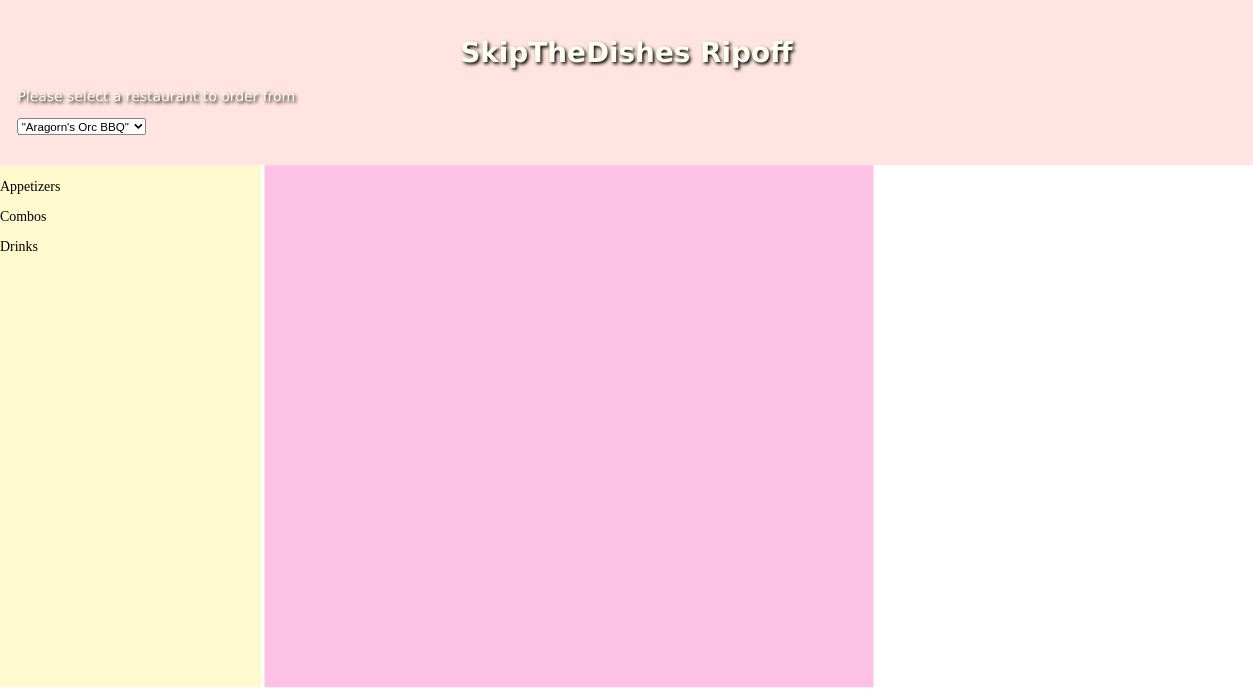
Repository: hudaali14/Carleton
Page: 2406/Assignments/Assignment1 (97)/order.html
The author's editor kept a copy of each file at every save. The page is drawn from the files as they stood at one save, then again after the next save.
The browser window is 1280 px wide. The page is 1440 px wide, so the pictures cover 1440 px, including what lies to the right of the window. The pictures show the whole page, at 87% of full size.
After loading, the first visible `#dropdown` was changed once.

Above is the page before, as saved 2020-01-25 19:20:39.
Console error: TypeError: Cannot read properties of undefined (reading 'Appetizers')

After the next save:
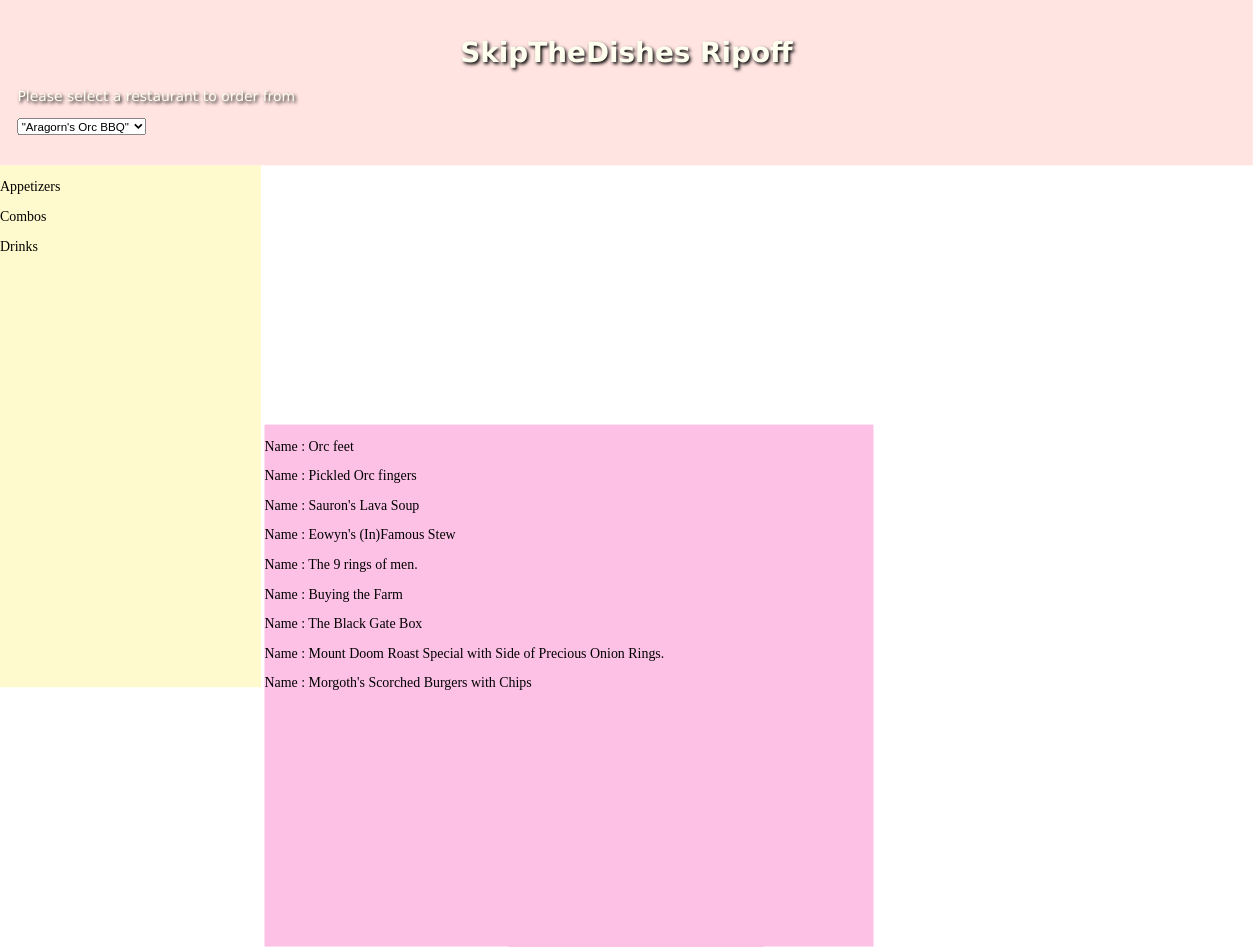
The error is gone.
Saved 66 min 52 s later.
--- a/2406/Assignments/Assignment1 (97)/client.js
+++ b/2406/Assignments/Assignment1 (97)/client.js
@@ -333,10 +333,16 @@
 	let categoryItems = restaurant.menu;
 	// let name = legolas.menu["Lembas"][0].name;
 	// console.log(name);
-	for(let i=0; i<14; i++){
-		let item = document.createElement("p");
-		item.innerHTML+="Name : ";
-		item.innerHTML+=categoryItems[i].Appetizers;
-		itemMenu.appendChild(item);
-	}
+	let counter=0;
+  	for(let i=0; i<restaurantMenu.length;i++){
+    	while(typeof restaurant.menu[restaurantMenu[i]][counter]!== "undefined"){
+			let item= restaurant.menu[restaurantMenu[i]][counter];
+
+			let para = document.createElement("p");
+			para.innerHTML+="Name : ";
+			para.innerHTML+=item.name;
+			itemMenu.appendChild(para);
+      		counter++;
+    	}
+  	}
 }
